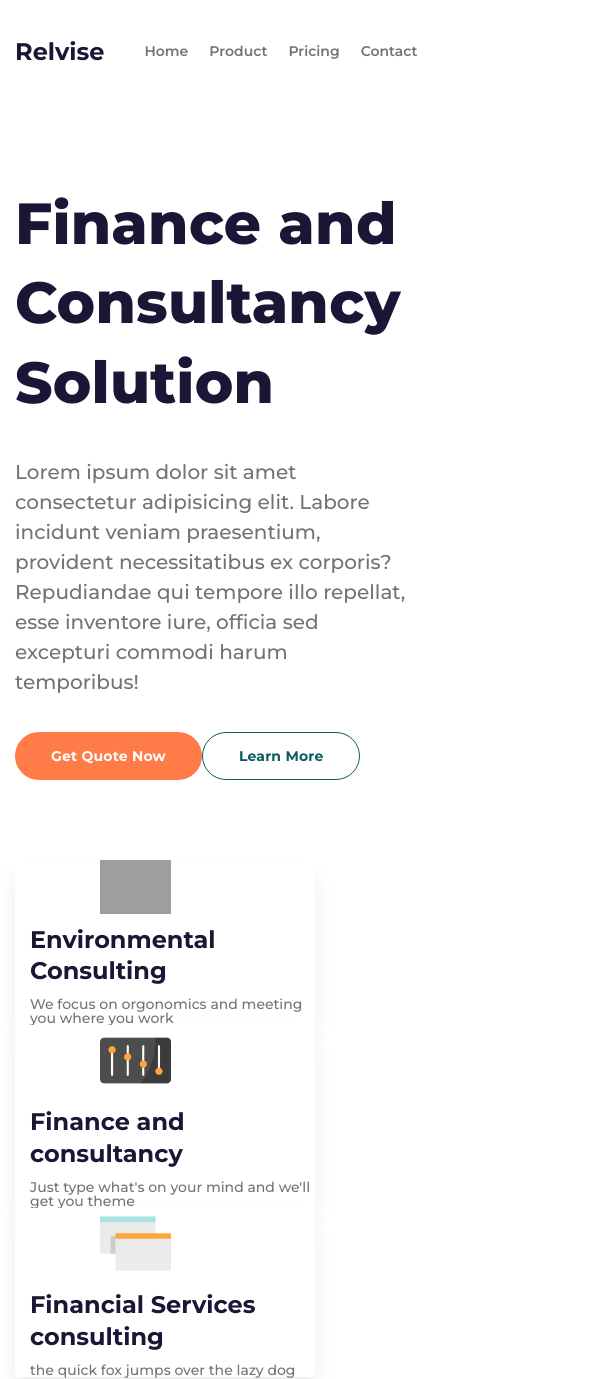
Repository: usalokiN/simple-project
Page: index.html
The author's editor kept a copy of each file at every save. The page is drawn from the files as they stood at one save, then again after the next save.
The browser window is 600 px wide. The pictures show the whole page.
Pictures or frames that could not be fetched are drawn as grey boxes.

Above is the page before, as saved 2022-01-16 23:40:24.

After the next save:
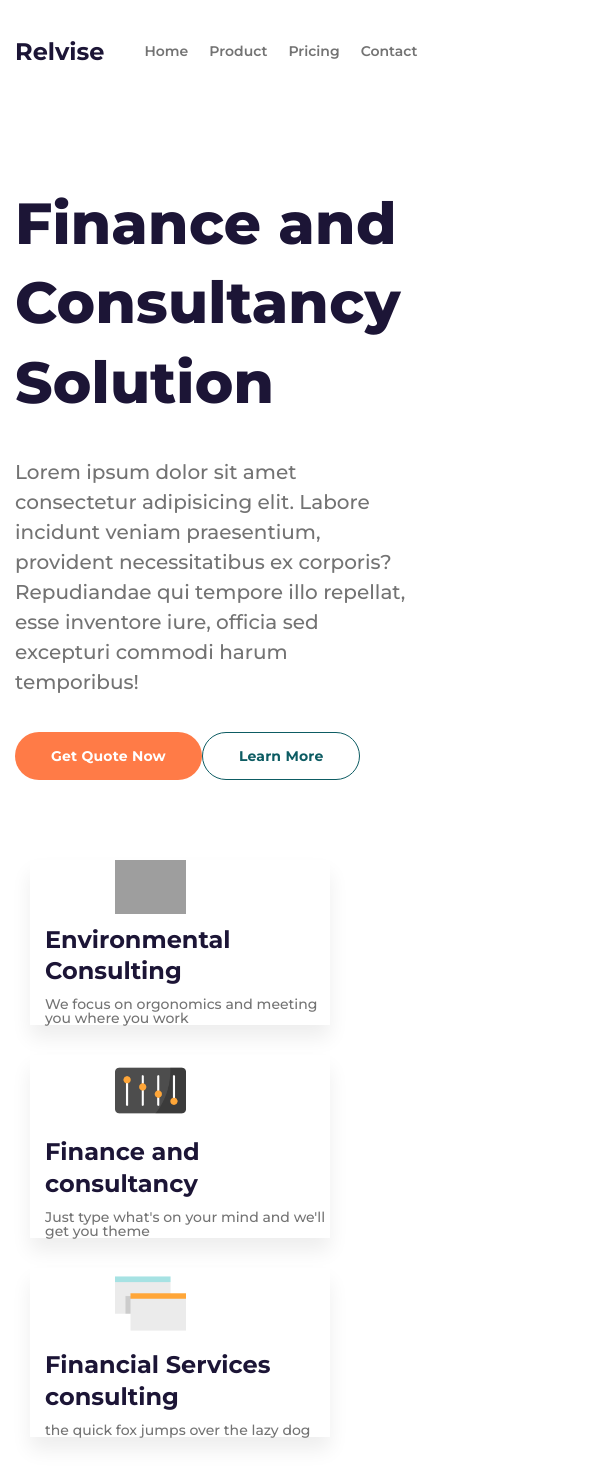
Saved 5 s later.
--- a/css/style.css
+++ b/css/style.css
@@ -273,7 +273,9 @@
                         margin: 0 -15px -30px 0;
                     }
 
-                    @media(max-width) .services__column {
+                    @media(max-width:670px) {}
+
+                    .services__column {
                         padding: 0 15px;
                         flex: 0 1 33.333%;
                         margin: 0 0 30px 0;
